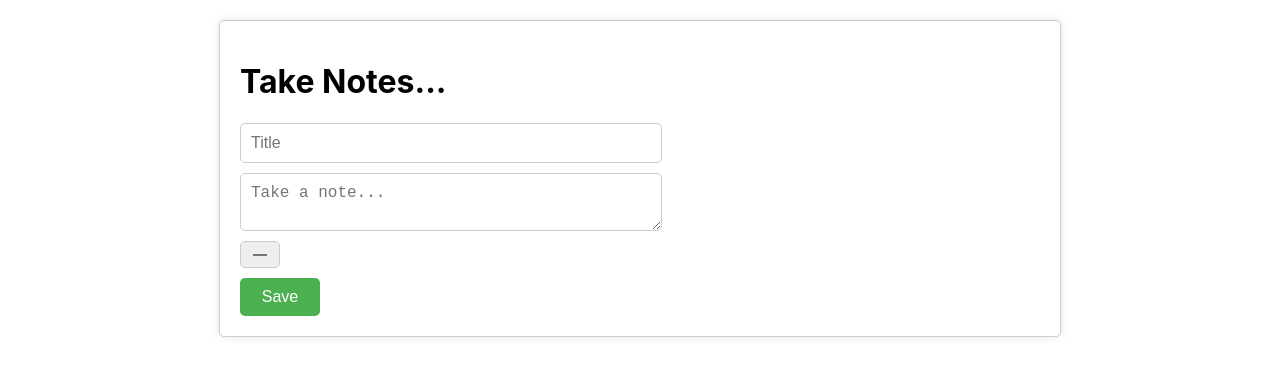
Repository: drumsmanku/google-keep-clone-1
Page: /
The author's editor kept a copy of each file at every save. The page is drawn from the files as they stood at one save, then again after the next save.
The browser window is 1280 px wide. The pictures show the whole page.
The project was rebuilt for these pictures with package versions that can differ from the ones it lists, and the page was loaded fresh each time. Also part of the build but not shown: src/Components/Note.css, src/Components/Note.js.

Above is the page before, as saved 2023-12-23 11:10:57.

### src/App.js
import React, { useState, useEffect } from 'react';
import NoteList from './Components/NoteList';
import NoteForm from './Components/NoteForm';
import './App.css';

function App() {
  // Load notes from local storage or set to empty array
  const [notes, setNotes] = useState(
    JSON.parse(localStorage.getItem('notes')) || []
  );

  // This effect saves notes to local storage whenever notes state changes
  useEffect(() => {
    localStorage.setItem('notes', JSON.stringify(notes));
  }, [notes]);

  const createNote = (note) => {
    setNotes([note, ...notes]); // Prepend the new note to the beginning of the list
  };

  const editNote = (id, updatedNote) => {
    setNotes(notes.map(note => note.id === id ? updatedNote : note));
  };

  const deleteNote = (id) => {
    setNotes(notes.filter(note => note.id !== id)); // Remove note by id
  };

  return (
    <div className="app">
      <h1>Take Notes...</h1>
      <NoteForm onCreate={createNote} />
      <NoteList notes={notes} onDelete={deleteNote} onEdit={editNote} />
    </div>
  );
}

export default App;

### src/Components/NoteList.js
// NoteList does not need to change much, but it will pass the delete and edit functions down to Notes.
import React from 'react';
import Note from './Note';
import './NoteList.css';

function NoteList({ notes, onDelete, onEdit }) {
  return (
    <div className="note-list">
      {notes.map((note) => (
        <Note
          key={note.id}
          note={note}
          onDelete={onDelete}
          onEdit={onEdit}
        />
      ))}
    </div>
  );
}

export default NoteList;

### src/Components/NoteForm.js
// NoteForm will handle the creation of new notes.
import React, { useState } from 'react';
import './NoteForm.css'

function NoteForm({ onCreate }) {
  const [newNote, setNewNote] = useState({
    title: '',
    content: '',
    color: '#FFFFFF'
  });

  const handleSave = () => {
    if (newNote.title && newNote.content) {
      onCreate({ ...newNote, id: Date.now(), editTimestamp: Date.now() });
      setNewNote({ title: '', content: '', color: '#FFFFFF' }); // Reset the form
    }
  };

  const handleChange = (e) => {
    setNewNote({ ...newNote, [e.target.name]: e.target.value });
  };

  return (
    <div className="note-form">
      <input
        name="title"
        type="text"
        value={newNote.title}
        onChange={handleChange}
        placeholder="Title"
      />
      <textarea
        name="content"
        value={newNote.content}
        onChange={handleChange}
        placeholder="Take a note..."
      />
      <input
        name="color"
        type="color"
        value={newNote.color}
        onChange={handleChange}
      />
      <button onClick={handleSave}>Save</button>
    </div>
  );
}

export default NoteForm;

### src/App.css
.app {
  max-width: 800px;
  margin: 20px auto;
  padding: 20px;
  border: 1px solid #ccc;
  border-radius: 5px;
  background-color: #fff;
  box-shadow: 0 0 10px rgba(0, 0, 0, 0.1);
}

### src/Components/NoteList.css
.note-list {
  display: grid;
  grid-template-columns: repeat(auto-fill, minmax(250px, 1fr));
  gap: 20px;
}

### src/Components/NoteForm.css
.note-form {
  margin-top: 20px;
  display: flex;
  flex-direction: column;
}

.note-form input,
.note-form textarea {
  width: 50%;
  padding: 10px;
  margin-bottom: 10px;
  font-size: 16px;
  border: 1px solid #ccc;
  border-radius: 5px;
}

.note-form input[type='color']{
  width: 5%;
  padding: 10px;
  margin-bottom: 10px;
  font-size: 16px;
  border: 1px solid #ccc;
  border-radius: 5px;
  margin-right: 1rem;
}

.note-form button {
  width: 10%;
  padding: 10px 20px;
  font-size: 16px;
  border: none;
  border-radius: 5px;
  background-color: #4CAF50;
  color: white;
  cursor: pointer;
  transition: background-color 0.3s;
}

.note-form button:hover {
  background-color: #45a049;
}

@media (max-width: 768px) {
  .note-form button{
    width: 35%;
  }

  .note-form input[type='color']{
    width: 10%;
  }

  .note-form input,
.note-form textarea{
  width: 80%;
}
}

Loaded but not shown: public/index.html (common file); src/index.js (common file); src/index.css (common file)

After the next save:
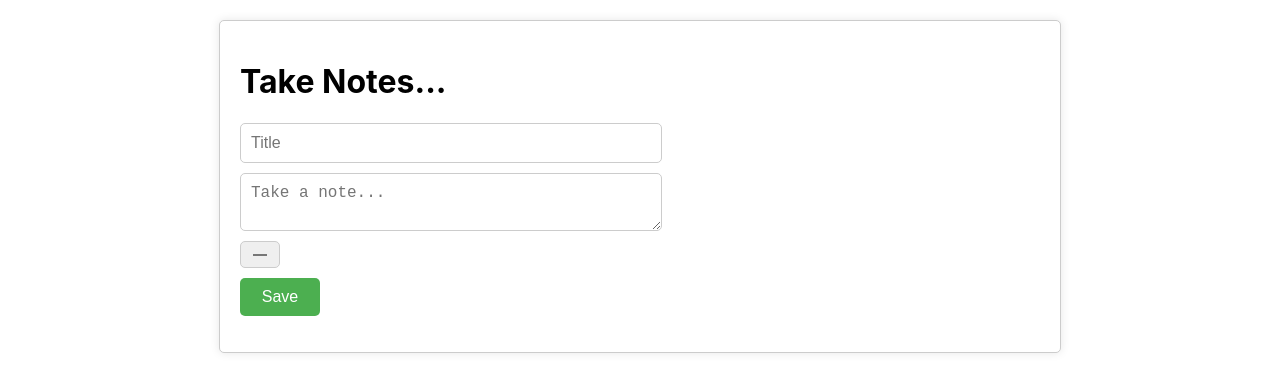
Saved 1 s later.
--- a/src/Components/NoteForm.css
+++ b/src/Components/NoteForm.css
@@ -34,6 +34,7 @@
   color: white;
   cursor: pointer;
   transition: background-color 0.3s;
+  margin-bottom: 1rem;
 }
 
 .note-form button:hover {
